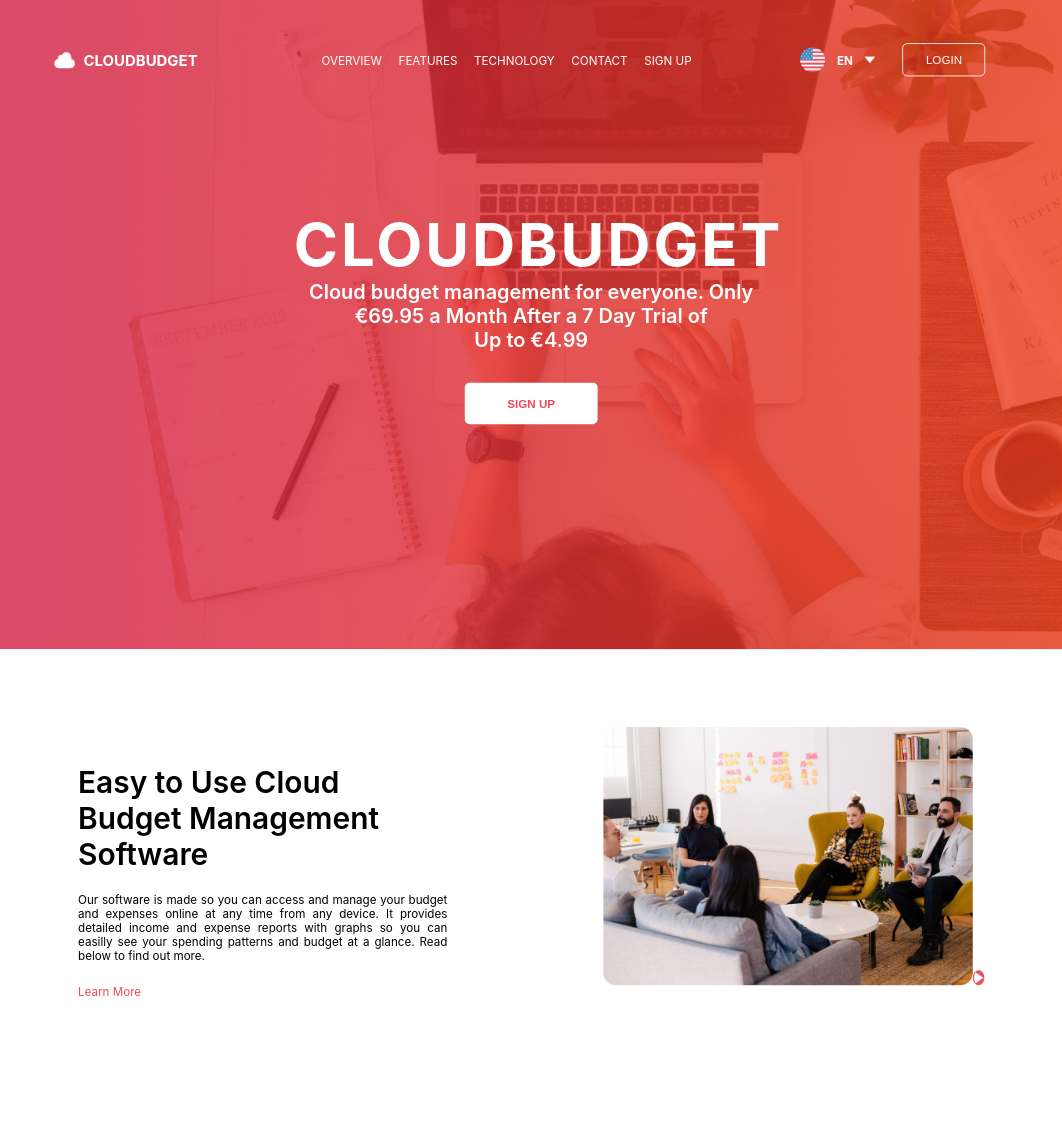
Repository: Ola-22/cloudBudget
Page: /
An editor plug-in stored every save of this project. The page is shown before and after the next save, followed by the edit.
The browser window is 1280 px wide. The pictures show the whole page, at 83% of full size.
The project was rebuilt for these pictures with package versions that can differ from the ones it lists, and the page was loaded fresh each time.

Above is the page before, as saved 2021-09-12 20:14:30.

### src/App.js
import "./App.css";
// import Navbar from "./components/Navbar";
// import MainContent from "./components/MainContent";
// import VideoSection from "./components/VideoSection";
import { Navbar, MainContent, VideoSection } from "./components/component-path";

function App() {
  return (
    <div className="App">
      <div
        className="app-main"
        style={{
          backgroundImage:
            "linear-gradient(90deg, rgba(213, 32, 71, 0.8) 0%, rgba(238, 61, 27, 0.8) 100%),url(/images/bg.png)",
          height: "782px",
        }}
      >
        <Navbar />
        <MainContent />
      </div>
      <VideoSection />
    </div>
  );
}

export default App;

### src/App.css
*{
  margin: 0;
  padding: 0;
  box-sizing: border-box;
}

.app-main{
  /* height: 782px; */
  background-position: center;
  background-repeat: no-repeat;
  background-size: cover;
  position: relative;
}

### src/Components/component-path.js
export { default as Navbar } from "./Navbar";
export { default as MainContent } from "./MainContent";
export { default as VideoSection } from "./VideoSection";
// export { default as MainContent } from "./";

### src/Components/Navbar/index.jsx
import "./style.scss";
import { Link, BrowserRouter as Router } from "react-router-dom";

function Navbar() {
  return (
    <div className="nav-main">
      <div className="nav-box">
        <img src="/images/Vector.png" alt="" />
        <h3>CLOUDBUDGET</h3>
      </div>
      <Router>
        <nav>
          <Link to="/">overview</Link>
          <Link to="/">features</Link>
          <Link to="/">technology</Link>
          <Link to="/">contact</Link>
          <Link to="/">sign up</Link>
        </nav>
      </Router>
      <div style={{ display: "flex", cursor: "pointer" }}>
        <div className="flag-box">
          <img src="/images/flag.png" alt="" />
          <h4>EN</h4>
          <img src="/images/vector2.png" alt="" />
        </div>
        <button>Login</button>
      </div>
    </div>
  );
}

export default Navbar;

### src/Components/MainContent/index.jsx
import "./style.css";

export default function MainContent() {
  return (
    <div className="main-content">
      <h1>CloudBudget</h1>
      <p>
        Cloud budget management for everyone. Only €69.95 a Month After a 7 Day
        Trial of
        <br /> Up to €4.99
      </p>
      <button>sign up</button>
    </div>
  );
}

### src/Components/VideoSection/index.jsx
import "./style.scss";

export default function VideoSection() {
  return (
    <div className="videoMain">
      <div className="video-content">
        <h2>Easy to Use Cloud Budget Management Software</h2>
        <p>
          Our software is made so you can access and manage your budget and
          expenses online at any time from any device. It provides detailed
          income and expense reports with graphs so you can easilly see your
          spending patterns and budget at a glance. Read below to find out more.
        </p>
        <a href="#">Learn More</a>
      </div>
      <div>
        <img src="/images/Video_bg.png" alt="" />
        <img src="/images/play.png" alt="" />
      </div>
    </div>
  );
}

### src/Components/Navbar/style.scss
@import "../../styles/variables.scss";

.nav-main{
  display: flex;
  align-items: center;
  justify-content: space-around;
  padding-top: 52px;
  & >nav{
    display: flex;
    & >a {
      margin-left: 20px;
      text-transform: uppercase;
      color: $whiteColor;
      font-size: 14px;
      text-decoration: none;
    }
  }

  & button{
    width: 100px;
    height: 40px;
    background-color: transparent;
    border-radius: 6px;
    border: 1px solid $whiteColor;
    font-size: 14px;
    text-transform: uppercase;
    color: $whiteColor;
    margin-inline-start: 28.81px;
    margin-inline-end: 28px;
  }
}

.nav-box{
  display: flex;
  // margin-left: 5%;
  & > h3{
    font-size: 18px;
    margin-left: 9.9px;
    color: white;
  }
}

.flag-box{
  display: flex;
  align-items: center;
  width: 96px;
  & > h4{
    font-size: 14px;
    color: $whiteColor;
    margin-inline-start: 13.81px;
    margin-inline-end: 13.81px;
  }
}

### src/Components/MainContent/style.css
.main-content {
  display: -webkit-box;
  display: -ms-flexbox;
  display: flex;
  -webkit-box-align: center;
      -ms-flex-align: center;
          align-items: center;
  -webkit-box-orient: vertical;
  -webkit-box-direction: normal;
      -ms-flex-direction: column;
          flex-direction: column;
  color: #ffffff;
  margin-top: 158px;
}

.main-content > h1 {
  font-size: 72px;
  text-transform: uppercase;
  margin-left: 18px;
  letter-spacing: 0.05em;
}

.main-content > p {
  font-size: 24px;
  width: 540px;
  height: 124px;
  font-weight: 600;
  overflow-wrap: break-word;
  text-align: center;
  margin: 0;
}

.main-content > button {
  background-color: #ffffff;
  border-radius: 6px;
  width: 160px;
  height: 50px;
  font-size: 14px;
  text-transform: uppercase;
  color: #ED4C5C;
  border: none;
  font-weight: 600;
  cursor: pointer;
}
/*# sourceMappingURL=style.css.map */

### src/Components/VideoSection/style.scss
@import "../../styles/variables.scss";

.videoMain{
  display: flex;
  justify-content: space-around;
  margin-top: 94px;
  height: 500px;

  & > div:last-of-type{
    position: relative;
    & img:last-of-type{
      border: 1px solid $btnColor;
      background-color: $btnColor;
      border-radius: 50%;
    }
  }
}

.video-content{
  width: 445px;
  & > h2{
    font-size: 36px;
    line-height: 43px;
    margin-top: 46px;
    font-weight: 600;
  }
  & > p{
    font-size: 14px;
    text-align: justify;
    margin: 24px 0;
  }
  & > a{
    color: $btnColor;
    font-size: 14px;
    text-decoration: none;
  }
}

### src/styles/variables.scss
$whiteColor: #ffffff;
$blackColor: #000000;
$orangeColor: #EE3D1B;
$pinkColor: #D52047;
$btnColor: #ED4C5C;

Loaded but not shown: public/index.html (common file); src/index.js (common file); src/index.css (common file); src/reportWebVitals.js (common file)

After the next save:
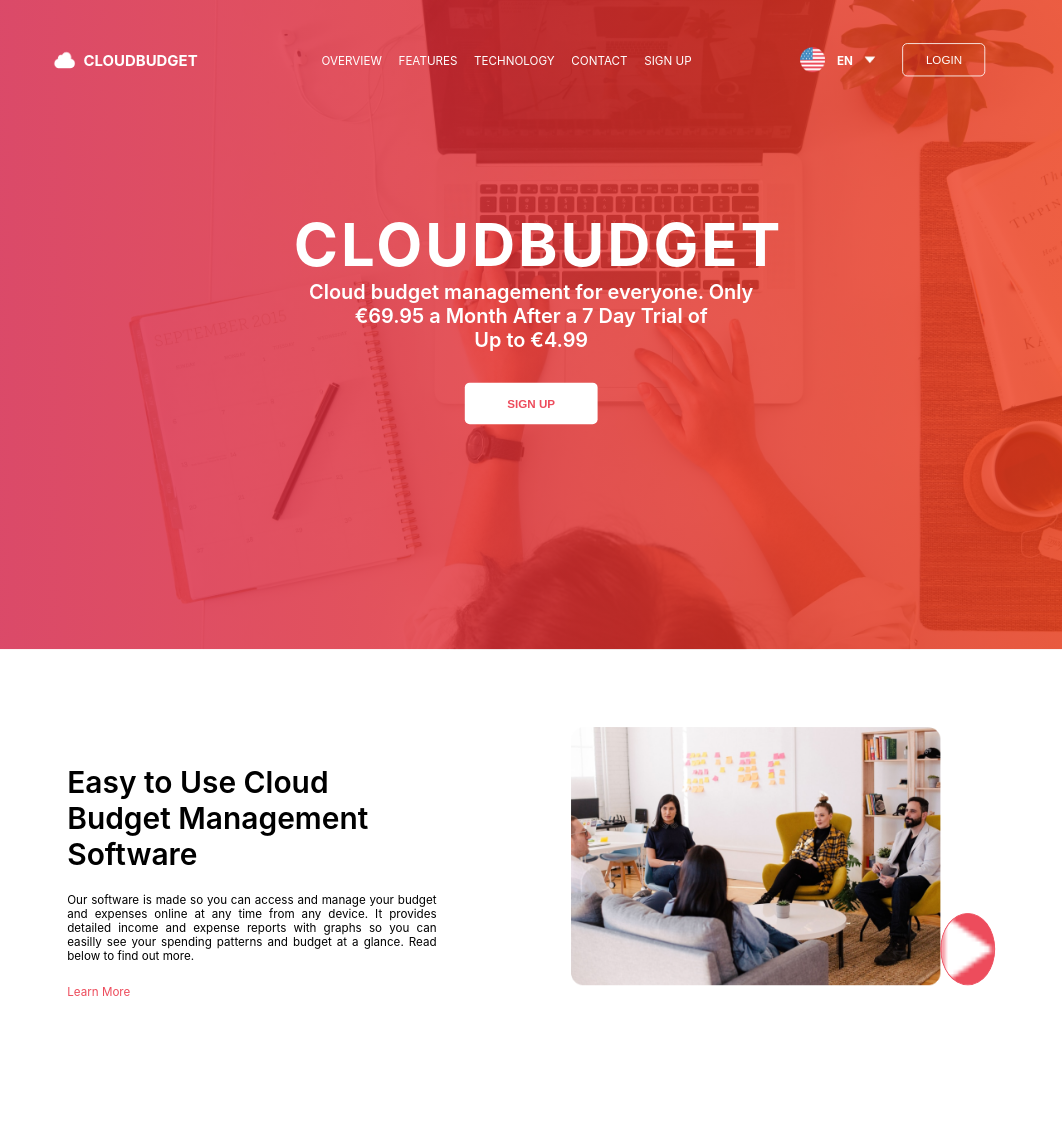
Saved 17 s later.
--- a/src/Components/VideoSection/style.scss
+++ b/src/Components/VideoSection/style.scss
@@ -12,6 +12,7 @@
       border: 1px solid $btnColor;
       background-color: $btnColor;
       border-radius: 50%;
+      width: 66px;
     }
   }
 }

After the save that followed:
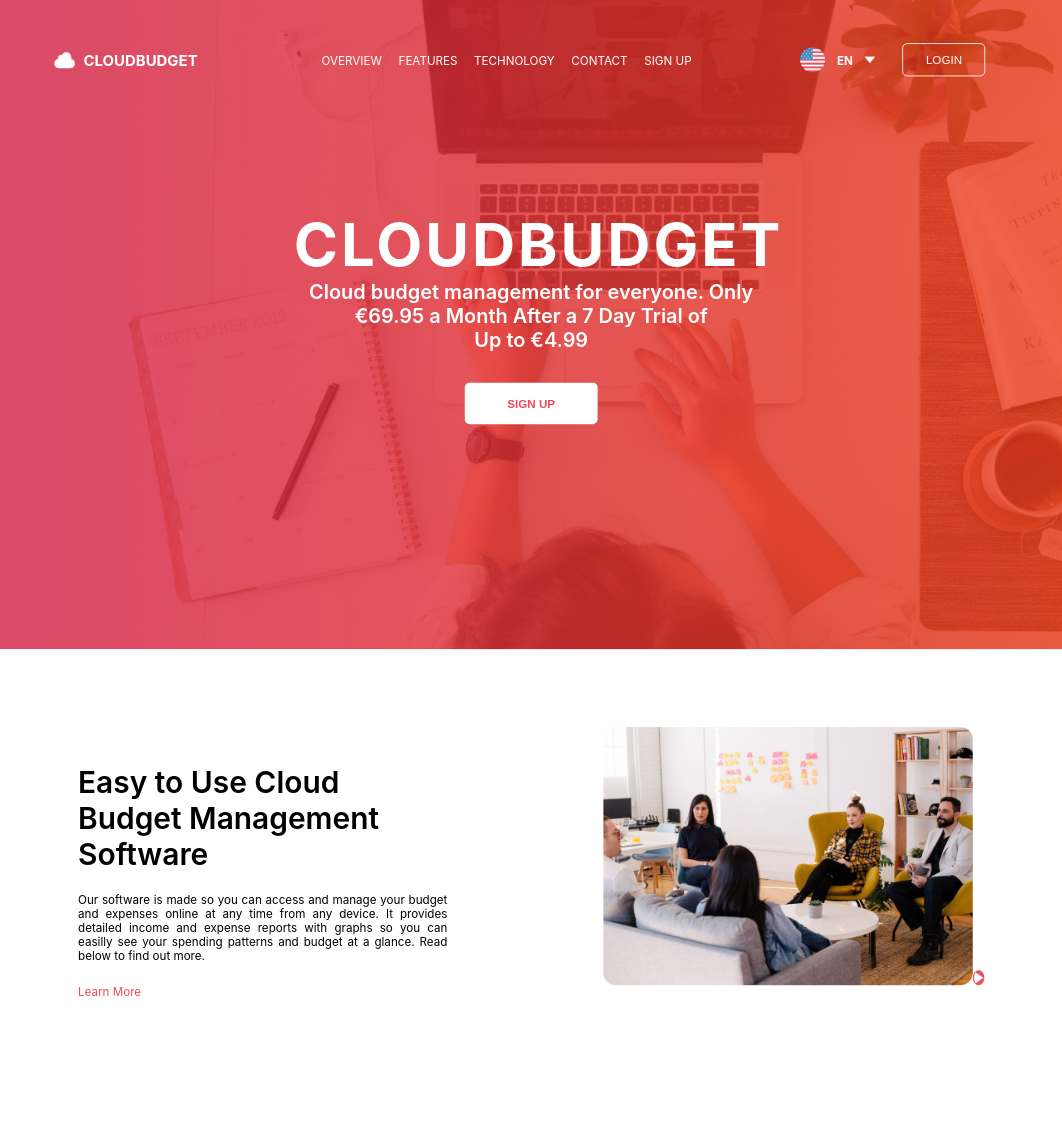
Saved 7 s later.
--- a/src/Components/VideoSection/style.scss
+++ b/src/Components/VideoSection/style.scss
@@ -12,7 +12,7 @@
       border: 1px solid $btnColor;
       background-color: $btnColor;
       border-radius: 50%;
-      width: 66px;
+
     }
   }
 }
